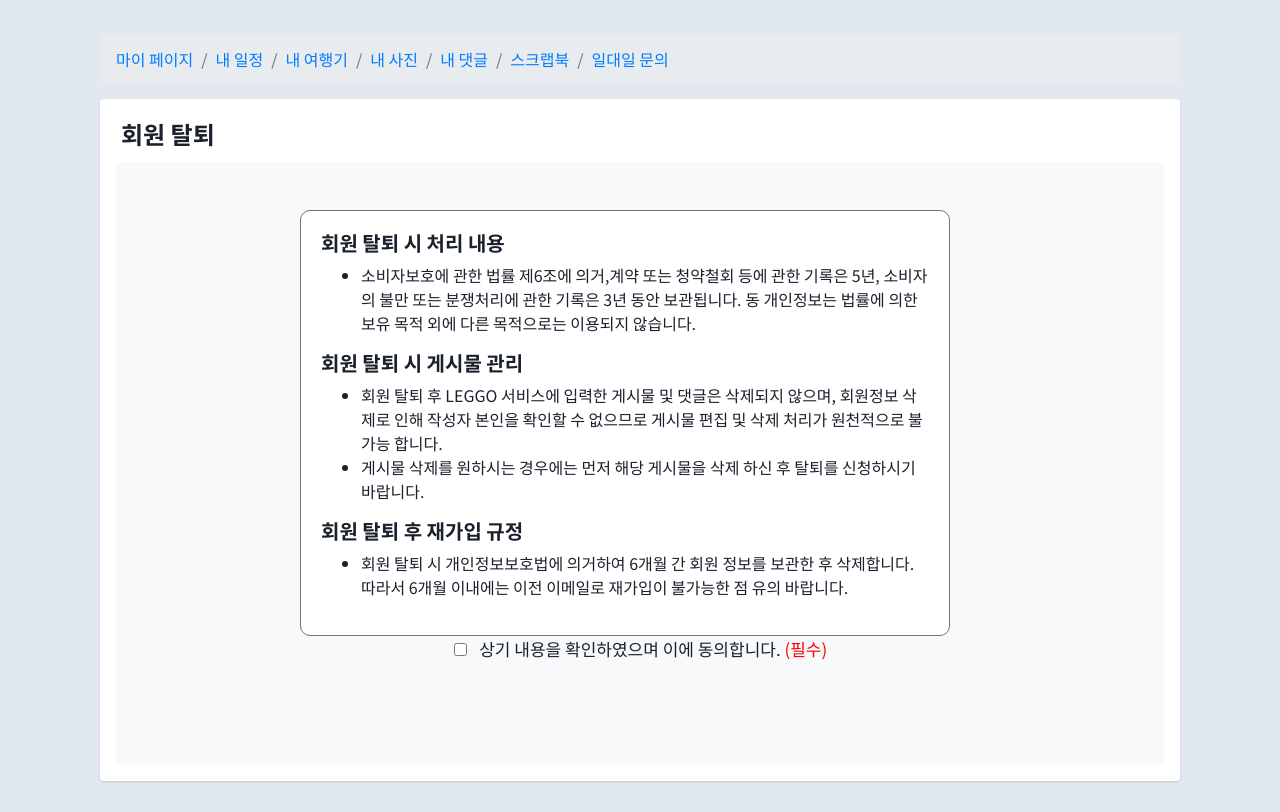
Repository: jangseohyun/LEGGO_2021
Page: http://localhost/PrjApp/Quit.jsp
An editor plug-in stored every save of this project. The page is shown before and after the next save, followed by the edit.
The browser window is 1280 px wide. The pictures show the whole page.
Some web libraries are served in a nearby version. The page is served by Tomcat 9.

Above is the page before, as saved 2021-06-30 14:24:55.

After the next save:
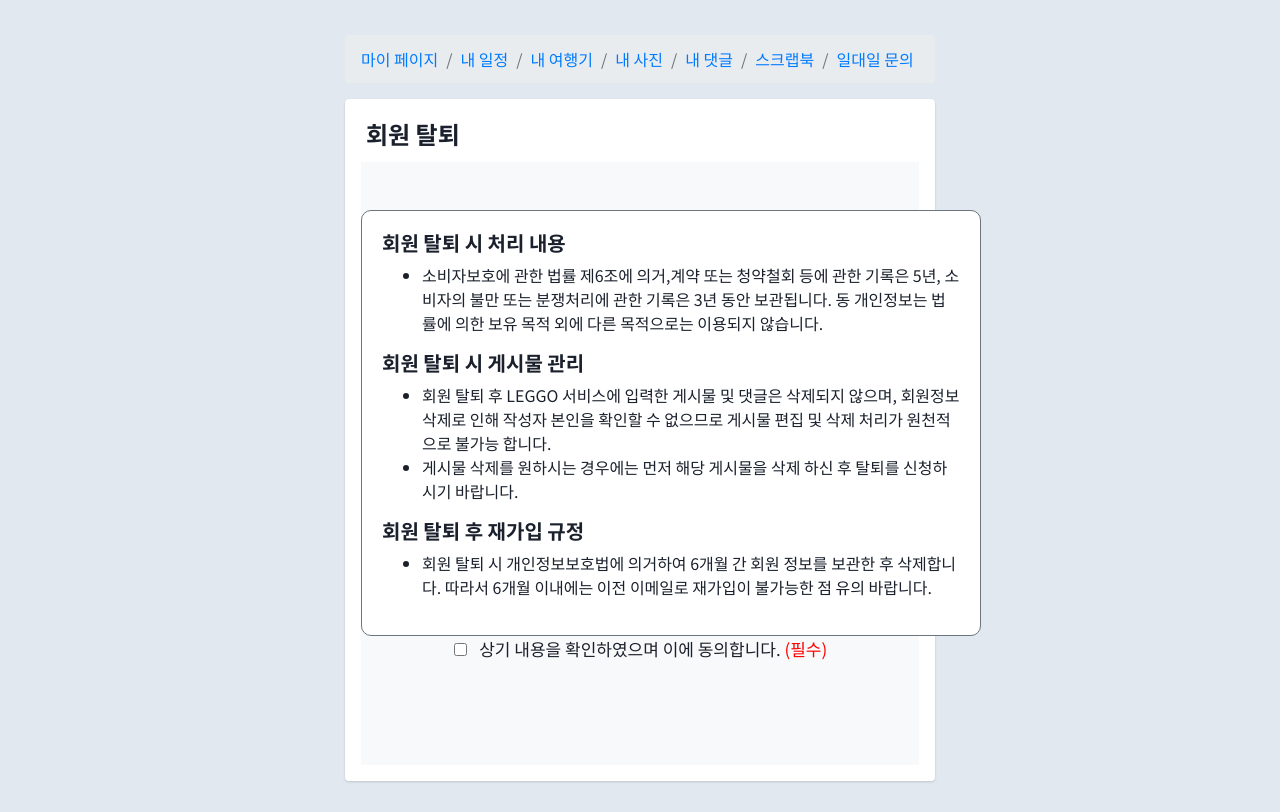
Saved 17 s later.
--- a/PrjApp/WebContent/Quit.jsp
+++ b/PrjApp/WebContent/Quit.jsp
@@ -92,6 +92,10 @@
 	font-family: 'Noto Sans KR', sans-serif;
 }
 
+.container {
+	width: 650px;
+}
+
 .main-body {
 	padding: 15px;
 }

After the save that followed:
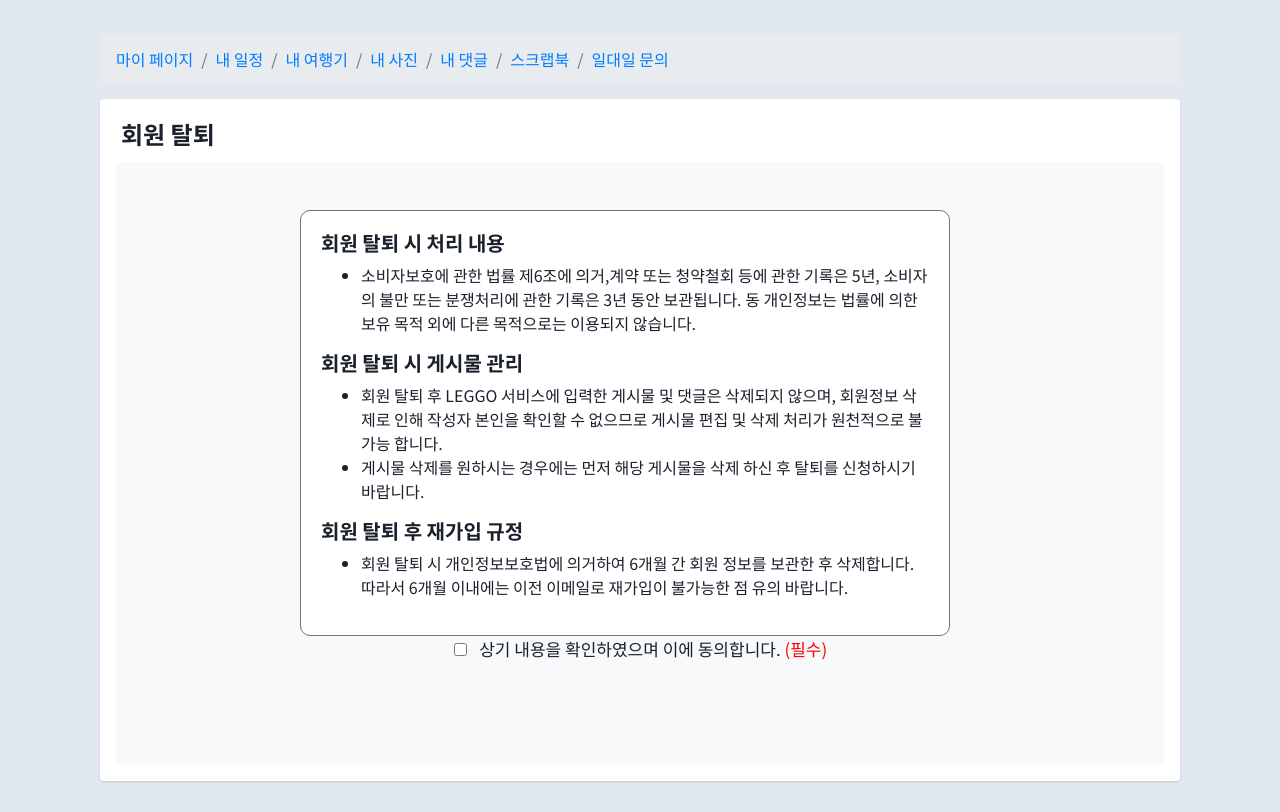
Saved 27 s later.
--- a/PrjApp/WebContent/Quit.jsp
+++ b/PrjApp/WebContent/Quit.jsp
@@ -92,7 +92,7 @@
 	font-family: 'Noto Sans KR', sans-serif;
 }
 
-.container {
+.border {
 	width: 650px;
 }
 
